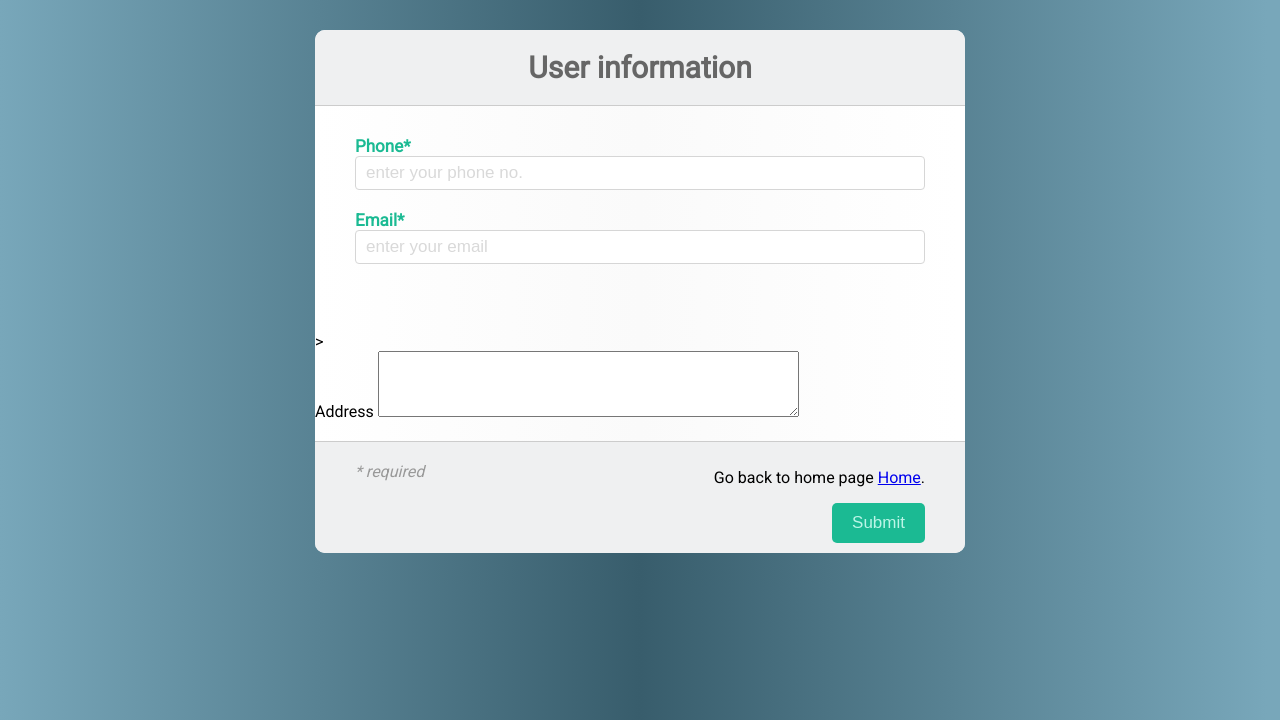
Repository: HT13M19/kuldeep
Page: GGGG/Demo2/src/main/webapp/UserInfo.html
These files come from the project's save history. The page is drawn as it stood at one moment and after the next save; the edit follows.
The browser window is 1280 px wide. The pictures show the whole page.

Above is the page before, as saved 2023-09-24 09:09:27.

After the next save:
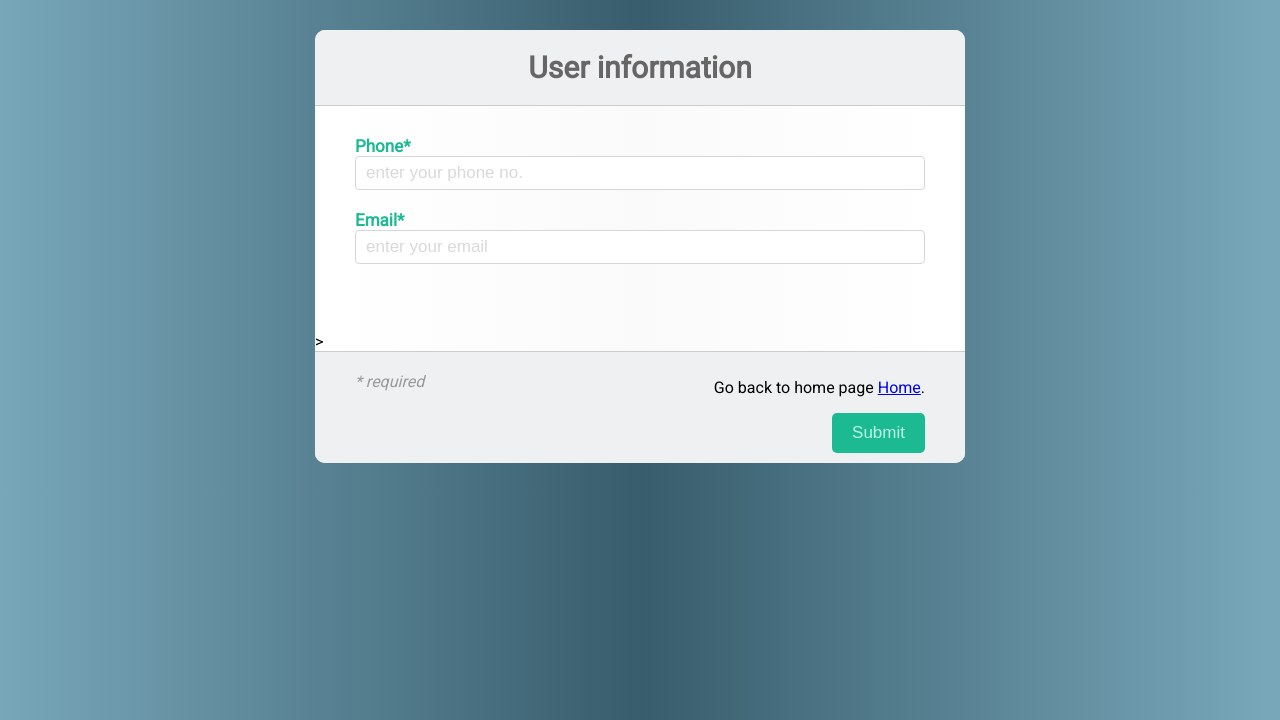
Saved 55 s later.
--- a/GGGG/Demo2/src/main/webapp/UserInfo.html
+++ b/GGGG/Demo2/src/main/webapp/UserInfo.html
@@ -31,12 +31,6 @@
 <br>
 <br>
 >
-        <!-- Address -->
-        <div class="form-group">
-          <label for="choose-file" class="label-title">Address</label>
-          <textarea class="form-input" rows="4" name="ADDRESS" cols="50" style="height:auto"></textarea>
-        </div>
-      </>
       <!-- form-footer -->
       <div class="form-footer">
         <span>* required</span>
